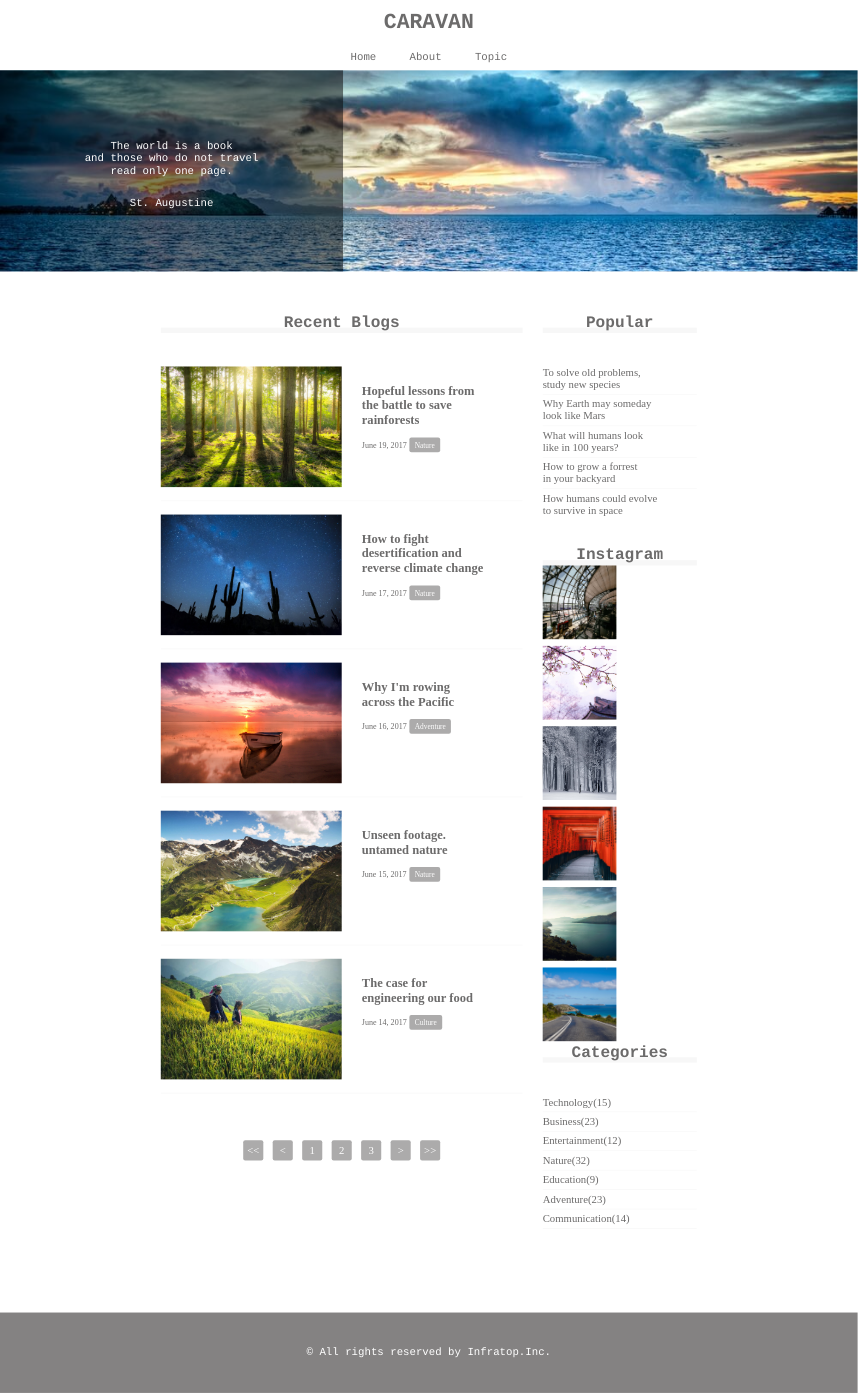
Repository: chihuyu3369/curriculum
Page: caravan/index.html
The author's editor kept a record of every edit. The page is drawn from the files as they stood at one moment, then again after the next edit.
The browser window is 1280 px wide. The pictures show the whole page, at 67% of full size.

Above is the page before.

After the next edit:
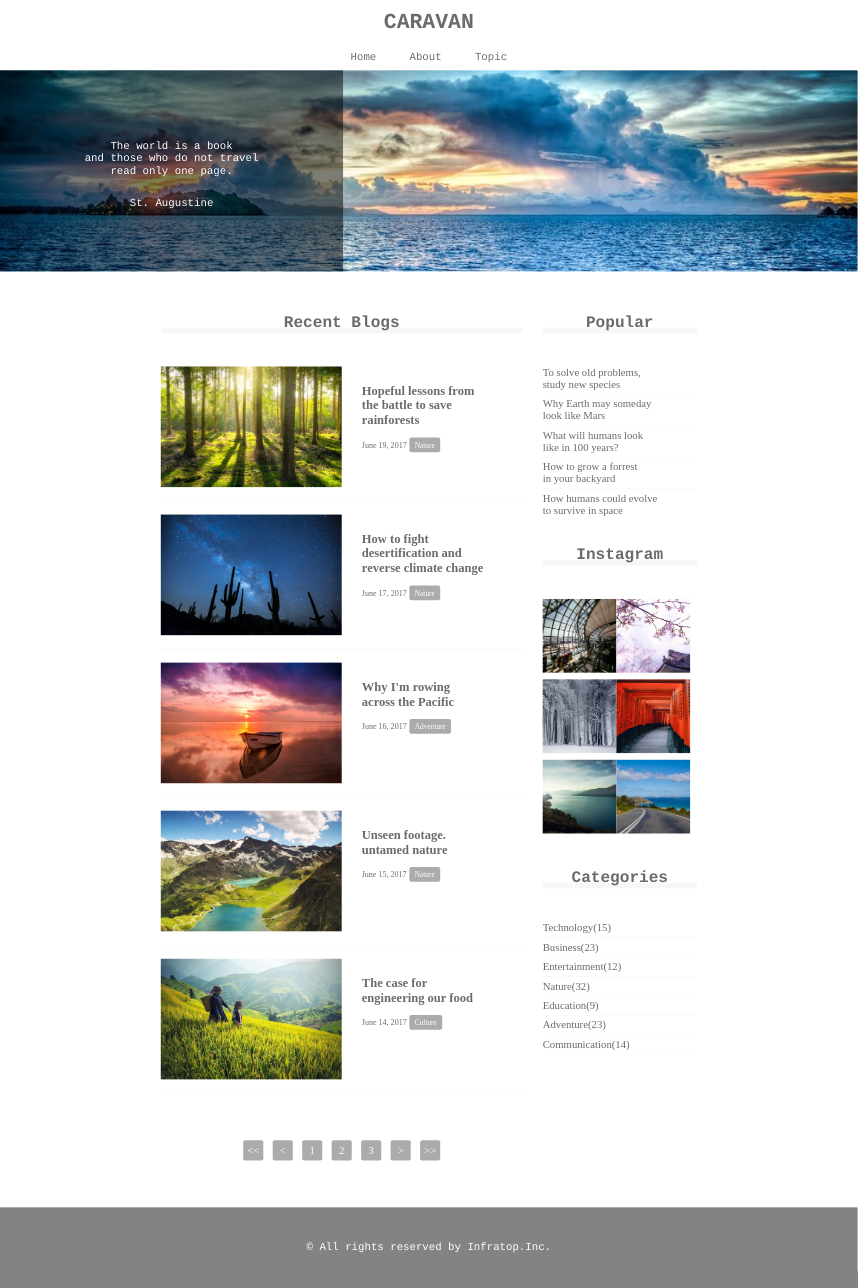
The edit:
--- a/caravan/index.html
+++ b/caravan/index.html
@@ -143,7 +143,7 @@
         </section>
         <section class="instagram">
           <h2 class="instagram-heading common-heading">Instagram</h2>
-          <div class="sidebar-contens">
+          <div class="sidebar-contents">
             <div class="instagram-box"></div>
             <div class="instagram-box"></div>
             <div class="instagram-box"></div>
